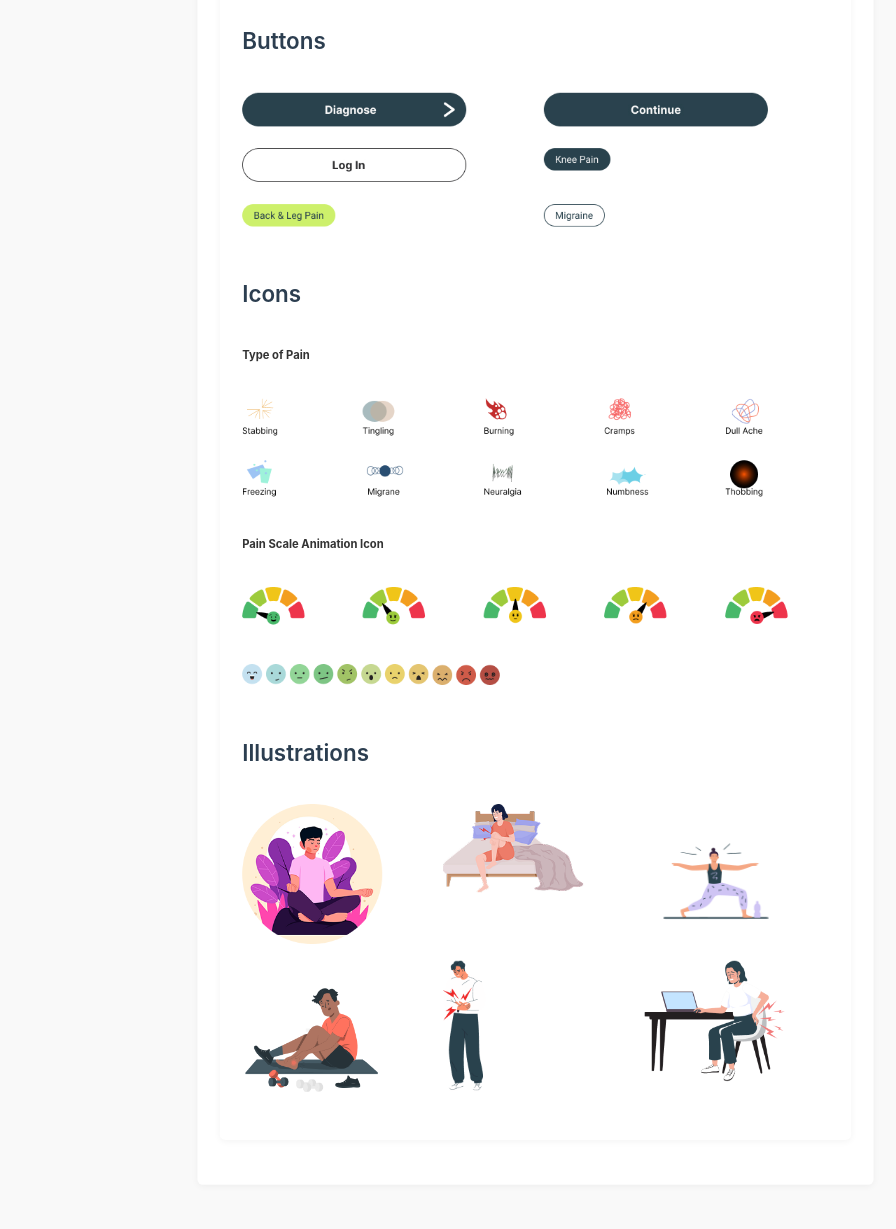
Repository: rosielee09/Heal_U
Page: graphics.html
The author's editor kept a copy of each file at every save. The page is drawn from the files as they stood at one save, then again after the next save.
The browser window is 1280 px wide. The pictures show the part of the page from y = 1362 to 3282 px (the page is 3118 px tall before and 3282 px after), at 70% of full size.

Above is the page before, as saved 2025-04-03 22:05:07.

### graphics.html
<!DOCTYPE html>
<html lang="en">
<head>
    <meta charset="UTF-8">
    <meta name="viewport" content="width=device-width, initial-scale=1.0">
    <link rel="stylesheet" href="styles.css">
    <title>Heal_U Styleguide</title>
</head>
<body>
    <div class="container">
        <!-- Sidebar Navigation -->
        <div class="sidebar">
            <div class="sidebar-header">
                <h1>UI/UX Styleguide</h1>
                <p>Project design system</p>
            </div>
            <ul class="nav">
                <li ><a href="index.html">Home</a></li>
                <li><a href="colors.html">Colors</a></li>
                <li><a href="typography.html">Typography</a></li>
                <li><a href="logo.html">Logo</a></li>
                <li class="active"><a href="graphics.html">Graphics</a></li>
                <li><a href="references.html">References</a></li>
            </ul>
        </div>

        <!-- Main Content - Home Page -->

        <div class="content">
            <header class="page-header">
                <h2>Graphics</h2>
            </header>

            <div class="component">
                <div class="component-header">
                  <p class="component-description">This document provides guidelines for maintaining visual consistency across our product.</p>
                </div>
           <!-- SECTION 1: menu bar -->
           <div class="component">
            <div class="component-header">

                <section class="component-section">
                    <h3 class="component-title">Navigation Bar</h3>
                    <div class="graphic-grid">
                        <!-- home -->
                        <div class="graphic-item">
                            <img class="graphic-menu__icon" src="/img/graphic-menu/home.png" alt="home">
                            <div class="graphic-info">
                                <h4 class="graphic-title">Home</h4>
                                <div>The Home button navigates users to the home screen, providing quick access to the main interface.</div>
                            </div>
                        </div>
                        <!-- diagnose -->
                        <div class="graphic-item">
                            <img class="graphic-menu__icon" src="/img/graphic-menu/diagnose.png" alt="diagnose">
                            <div class="graphic-info">
                                <h4 class="graphic-title">Diagnose </h4>
                                <div>The diagnose button navigates users to the Diagnose page, allowing them to reassess their condition anytime, especially if their pain level changes significantly.</div>
                            </div>
                        </div>
                        <!-- Progress -->
                        <div class="graphic-item">
                            <img class="graphic-menu__icon" src="/img/graphic-menu/progress.png" alt="Progress">
                            <div class="graphic-info">
                                <h4 class="graphic-title">Progress </h4>
                                <div>
                                    The Progress button takes users to the Progress page, where they can track their journey from the beginning to their current pain condition.</div>
                            </div>
                        </div>

                        <!-- blog -->
                        <div class="graphic-item">
                            <img class="graphic-menu__icon" src="/img/graphic-menu/blog.png" alt="blog">
                            <div class="graphic-info">
                                <h4 class="graphic-title">Blog </h4>
                                <div>The Blog button takes users to the blog page, allowing them to interact with others and find motivation through shared experiences.</div>
                        </div>
                        </div>

                        <!-- Setting -->
                        <div class="graphic-item">
                            <img class="graphic-menu__icon" src="/img/graphic-menu/setting.png" alt="Setting">
                            <div class="graphic-info">
                                <h4 class="graphic-title">Setting </h4>
                                <div>The Settings button takes users to the settings page, where they can customize their preferences and personalize their experience.</div>

                    </div>
                </div>
            </div>

<!-- button section -->
                <section class="component-section">
                    <h3 class="component-title">Buttons </h3>

                    <div class="graphic-grid">
                          <!-- fill button -->
                        <div class="graphic-item">
                            <img class="graphic-button__icon" src="/img/Appovation - buttons/Button-fill-withIcon.png" alt="fill-icon">
                        </div>
                        <div class="graphic-item">
                            <img class="graphic-button__icon" src="/img/Appovation - buttons/Button-fill.jpg" alt="fill">
                        </div>
                        <div class="graphic-item">
                            <img class="graphic-button__icon" src="/img/Appovation - buttons/Button-outline.jpg" alt="outline">
                        </div>
                        <div class="graphic-item">
                            <img class="graphic-button__icon" src="/img/Appovation - buttons/chips-fill.png" alt="chips">
                        </div>
                        <div class="graphic-item">
                            <img class="graphic-button__icon" src="/img/Appovation - buttons/chips-highlighted.png" alt="chips-highlighted">
                        </div>
                        <div class="graphic-item">
                            <img class="graphic-button__icon" src="/img/Appovation - buttons/chips-outlined.png" alt="chips-outlined">
                        </div>
                    </div>
                </section>

            <section class="component-section">
                <h3 class="component-title">Icons </h3>
                <h4 class="graphic-title">Type of Pain</h4>
                <div class="graphic-grid__icons">

                    <div class="graphic-item">
                        <img class="graphic-icons" src="/img/Appovation - icons/Icon-stabbing.png" alt="pain_type_icon">
                    </div>
                    <div class="graphic-item">
                        <img class="graphic-icons" src="/img/Appovation - icons/Icon-tingling.png" alt="pain_type_icon">
                    </div>
                    <div class="graphic-item">
                        <img class="graphic-icons" src="/img/Appovation - icons/Icon_Burning.png" alt="pain_type_icon">
                    </div>
                    <div class="graphic-item">
                        <img class="graphic-icons" src="/img/Appovation - icons/Icon_Cramps.png" alt="pain_type_icon">
                    </div>
                    <div class="graphic-item">
                        <img class="graphic-icons" src="/img/Appovation - icons/Icon_dull ache.png" alt="pain_type_icon">
                    </div>
                    <div class="graphic-item">
                        <img class="graphic-icons" src="/img/Appovation - icons/Icon_freezing.png" alt="pain_type_icon">
                    </div>
                    <div class="graphic-item">
                        <img class="graphic-icons" src="/img/Appovation - icons/Icon_Migrane.png" alt="pain_type_icon">
                    </div>
                    <div class="graphic-item">
                        <img class="graphic-icons" src="/img/Appovation - icons/Icon_neuralgia.png" alt="pain_type_icon">
                    </div>
                    <div class="graphic-item">
                        <img class="graphic-icons" src="/img/Appovation - icons/Icon_numbness.png" alt="pain_type_icon">
                    </div>
                    <div class="graphic-item">
                        <img class="graphic-icons" src="/img/Appovation - icons/Icon_thobbing.png" alt="pain_type_icon">
                    </div>

                </div>


                <h4 class="graphic-title">Pain Scale Animation Icon</h4>
                <div class="graphic-grid__icons">

                    <div class="graphic-item">
                        <img class="graphic-icons" src="/img/Appovation - icons/Pain_difference-slider-green.png" alt="pain_scale_icon">
                    </div>
                    <div class="graphic-item">
                        <img class="graphic-icons" src="/img/Appovation - icons/Pain_difference-slider-mild.png" alt="pain_scale_icon">
                    </div>
                    <div class="graphic-item">
                        <img class="graphic-icons" src="/img/Appovation - icons/Pain_difference-slider-middle.png" alt="pain_scale_icon">
                    </div>
                    <div class="graphic-item">
                        <img class="graphic-icons" src="/img/Appovation - icons/Pain_difference-slider-less-severe.png" alt="pain_scale_icon">
                    </div>
                    <div class="graphic-item">
                        <img class="graphic-icons" src="/img/Appovation - icons/Pain_difference-slider-severe.png" alt="pain_scale_icon">
                    </div>
                </div>
                <div class="graphic-item-grid1">
                    <img class="graphic-icons" src="/img/Appovation - icons/progress pain scale.png" alt="pain_scale_icon">
                </div>

        </section>

        <section class="component-section">
            <h3 class="component-title">Illustrations</h3>

            <div class="graphic-grid-illustrations">
                  <!-- fill button -->
                <div class="graphic-item-illustrations">
                    <img class="graphic-illustrations" src="/img/Appovation - illustration set/5214865 1.png" >
                </div>
                <div class="graphic-item-illustrations">
                    <img class="graphic-illustrations" src="/img/Appovation - illustration set/AdobeStock_593962329 1.png">
                </div>
                <div class="graphic-item-illustrations">
                    <img class="graphic-illustrations" src="/img/Appovation - illustration set/exercise 2.png" >
                </div>
                <div class="graphic-item-illustrations">
                    <img class="graphic-illustrations" src="/img/Appovation - illustration set/Group 103.png" >
                </div>
                <div class="graphic-item-illustrations">
                    <img class="graphic-illustrations" src="/img/Appovation - illustration set/Group 84.png" >
                </div>
                <div class="graphic-item-illustrations">
                    <img class="graphic-illustrations" src="/img/Appovation - illustration set/Group 98.png" >
                </div>
            </div>
        </section>


</body>
<script src="script.js"></script>
</html>

### styles.css
* {
    margin: 0;
    padding: 0;
    box-sizing: border-box;
}

body {
    font-family: 'Inter', -apple-system, BlinkMacSystemFont, 'Segoe UI', Roboto, Oxygen, Ubuntu, Cantarell, sans-serif;
    line-height: 1.6;
    color: #333;
    background-color: #f9f9f9;
}

/* Layout */
.container {
    display: flex;
    min-height: 100vh;
}

/* Sidebar Navigation */
.sidebar {
    width: 250px;
    background-color: #2c3e50;
    color: #fff;
    padding: 2rem 0;
    position: fixed;
    height: 100vh;
    overflow-y: auto;
}

.sidebar-header {
    padding: 0 1.5rem 2rem;
    border-bottom: 1px solid rgba(255, 255, 255, 0.1);
}

.sidebar-header h1 {
    font-size: 1.5rem;
    font-weight: 700;
    margin-bottom: 0.5rem;
}

.sidebar-header p {
    font-size: 0.875rem;
    opacity: 0.7;
}

.nav {
    list-style: none;
    padding: 1.5rem 0;
}

.nav li {
    padding: 0.5rem 1.5rem;
}

.nav li.active {
    background-color: rgba(255, 255, 255, 0.1);
    border-left: 4px solid #3498db;
}

.nav a {
    color: #fff;
    text-decoration: none;
    display: block;
    font-size: 0.95rem;
    transition: all 0.2s;
}

.nav a:hover {
    opacity: 0.8;
}

/* Main Content */
.content {
    flex: 1;
    padding: 2rem;
    margin-left: 250px;
    max-width: calc(100% - 250px);
}

.page-header {
    margin-bottom: 2rem;
    padding-bottom: 1rem;
    border-bottom: 1px solid #eee;
}

.page-header h2 {
    font-size: 2rem;
    font-weight: 700;
    color: #2c3e50;
    margin-bottom: 0.5rem;
}

.page-header p {
    color: #7f8c8d;
    font-size: 1.1rem;
}

/* Components Common Styles */
.component {
    background-color: #fff;
    border-radius: 8px;
    box-shadow: 0 2px 10px rgba(0, 0, 0, 0.05);
    padding: 2rem;
    margin-bottom: 2rem;
}

.component-section{
    margin-top: 3rem;
}

.component-header {
    margin-top: 1.5rem;
    margin-bottom: 1.5rem;
}

.component-title {
    font-size: 2rem;
    font-weight: 600;
    margin-top: 4rem;
    margin-bottom: 3rem;
    color: #2c3e50;
}

.component-description {
    color: #7f8c8d;
}


    /* Color Styles */
.color-grid {
    display: grid;
    grid-template-columns: repeat(auto-fill, minmax(300px, 1fr));
    gap: 1.5rem;
}

.color-grid__onlycolor {
    display: grid;
    grid-template-columns: repeat(auto-fill, minmax(300px, 2fr));
    gap: 1.5rem;
    align-items: center;
}

.color-grid__Accessiblilliy {
    display: grid;
    grid-template-columns: repeat(auto-fit, minmax(clamp(300px, 50%, 400px), 1fr));
    gap: 1.5rem;
}

.color-item {
    border-radius: 6px;
    overflow: hidden;
    box-shadow: 0 2px 5px rgba(0, 0, 0, 0.1);
}

.color-preview {
    height: 120px;
}

.color-info {
    padding: 1rem;
    background-color: #fff;
}

.color-name {
    font-weight: 600;
    margin-bottom: 0.25rem;
}

.color-value {
    font-family: monospace;
    color: #7f8c8d;
    font-size: 0.85rem;
}

.color__primary--preview{
    background-color: #29424D;
}

.color__secondary--preview{
    background-color: #CFC4F4;
}

.color__tertiary--preview {
    background-color: #F8F3EC;
}

.color__accent--preview{
    background-color: #CDF06B;
}

.color__success--preview{
    background-color: #138636;
}

.color__error--preview{
    background-color: #C32D2D;
}

.color__warning--preview{
    background-color: #FFBD11;
}

.color__info--preview{
    background-color: #4976BA;
}

.color__background--preview{
    background-color: #fff;
}

.color__text--preview{
    background-color: #2E2E30;
}

.color-accessiblillity-img {
    width: 100%;
    height: 70%;
}

.color-example-img{
    align-items: center;
}


/* Graphics */
.graphic-grid {
    display: grid;
    grid-template-columns: repeat(auto-fill, minmax(300px, 2fr));
    gap: 1.5rem;

}

/* section__icons */
.graphic-grid__icons{
    display: grid;
    grid-template-columns: repeat(5, 1fr);
    gap: 1.5rem;
}

.graphic-item{
   justify-items: center;

}


.graphic-menu__icon{
    margin: 10px;
}
.graphic-title{
    margin-top: 3rem;
    margin-bottom: 3rem;
}

.graphic-item-grid1{
    margin-top: 3rem;
}


/* section illustrations */
.graphic-grid-illustrations{
    display: grid;
    grid-template-columns: repeat(3, 1fr);
    gap: 1.5rem;
}
.graphic-item-illustrations,
.graphic-illustrations{
    max-width: 200px;
    max-height: 200px;
}
/* Typography */

/* Import Roboto font with multiple weights */
@import url('https://fonts.googleapis.com/css2?family=Roboto:wght@400;500;700&display=swap');


/* Table styling */
table {
  width: 100%;
  border-collapse: collapse;
  font-family: 'Roboto', sans-serif;
  margin: 2rem 0;
}

th {
  background-color: #f8f9fa;
  color: #212529;
  padding: 12px 16px;
  text-align: left;
  font-weight: 500;
  border-bottom: 2px solid #dee2e6;

}

td {
  padding: 16px;
  border-bottom: 1px solid #e9ecef;
  vertical-align: top;
}

/* Remove default list styling */
td li {
  list-style: none;
  margin: 4px 0;
  padding-left: 0;
}



.content-image {
  margin: auto;
  display: block;
  padding: 1rem;
}

.center {
  text-align: center;
}



.typography-item {
    margin-bottom: 2rem;
}


.heading1 {
  font-family: 'Roboto', sans-serif;
  font-size: 40px;
  line-height: 48px;
  font-weight: 700;
  color: #212529;

}

.heading2 {
  font-family: 'Roboto', sans-serif;
  font-size: 32px;
  line-height: 40px;
  font-weight: 700;
  color: #212529;
}

.section-header {
  font-family: 'Roboto', sans-serif;
  font-size: 24px;
  line-height: 32px;
  font-weight: 700;
  color: #212529;
}

.sub-header {
  font-family: 'Roboto', sans-serif;
  font-size: 20px;
  line-height: 28px;
  font-weight: 700;
  color: #212529;
}

.body-bold {
  font-family: 'Roboto', sans-serif;
  font-size: 16px;
  line-height: 24px;
  font-weight: 700;
  color: #212529;
}


.body {
  font-family: 'Roboto', sans-serif;
  font-size: 16px;
  line-height: 24px;
  font-weight: 400;
  color: #212529;
}

.small {
  font-family: 'Roboto', sans-serif;
  font-size: 14px;
  line-height: 20px;
  font-weight: 400;
  color: #212529;
}

.small-italic {
  font-family: 'Roboto', sans-serif;
  font-style: italic;
  font-size: 14px;
  line-height: 20px;
  font-weight: 400;
  color: #212529;
}

.tiny-bold {
  font-family: 'Roboto', sans-serif;
  font-size: 12px;
  line-height: 18px;
  font-weight: 700;
  color: #212529;
}

.tiny {
  font-family: 'Roboto', sans-serif;
  font-size: 12px;
  line-height: 18px;
  font-weight: 400;
  color: #212529;
}

.mini {
  font-family: 'Roboto', sans-serif;
  font-size: 8px;
  line-height: 12px;
  font-weight: 400;
  color: #212529;
  letter-spacing: 0.5px;
}

/* Add zebra striping for better readability */
tbody tr:nth-child(odd) {
  background-color: #f8f9fa;
}

Loaded but not shown: script.js (no stored copy; drawn as an empty file)

After the next save:
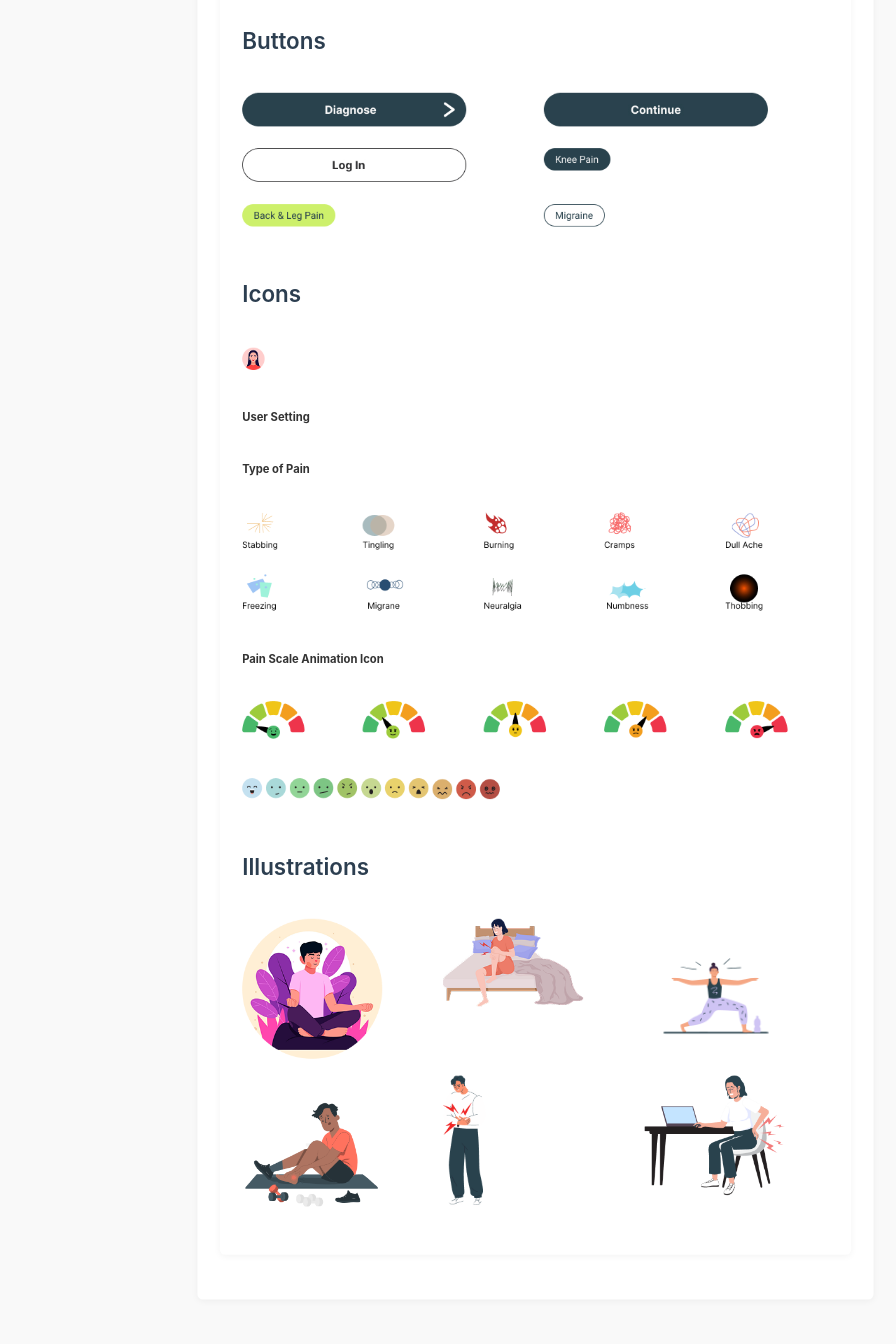
Saved 62 s later.
--- a/graphics.html
+++ b/graphics.html
@@ -117,6 +117,10 @@
 
             <section class="component-section">
                 <h3 class="component-title">Icons </h3>
+                <div class="graphic-item">
+                    <img class="graphic-icons" src="/img/Appovation - icons/user setting icon.png" alt="pain_type_icon">
+                </div>
+                <h4 class="graphic-title">User Setting</h4>
                 <h4 class="graphic-title">Type of Pain</h4>
                 <div class="graphic-grid__icons">
 
